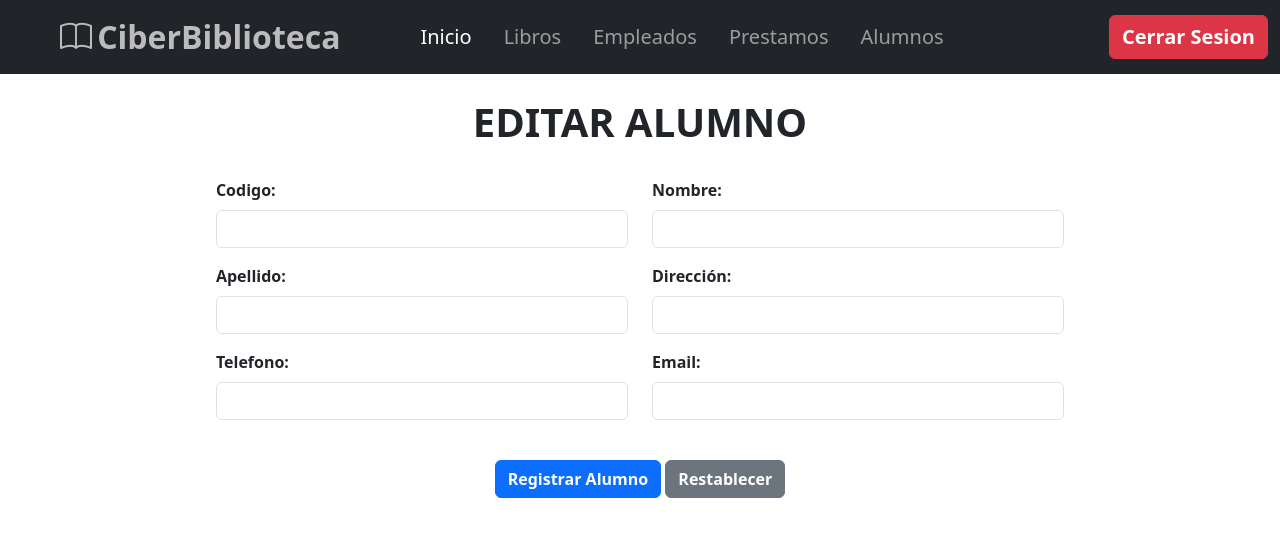
Repository: WilmerOcampo/LP1_Biblioteca
Page: http://localhost/Proyecto/editarAlumno.jsp
The author's editor kept a copy of each file at every save. The page is drawn from the files as they stood at one save, then again after the next save.
The browser window is 1280 px wide. The pictures show the whole page.
The page is served by Tomcat 10. Other server files are loaded and not shown.

Above is the page before, as saved 2023-05-31 17:38:29.

### Proyecto/src/main/webapp/editarAlumno.jsp
<%@ page language="java" contentType="text/html; charset=ISO-8859-1"
    pageEncoding="ISO-8859-1"%>
<!DOCTYPE html>
<html>
<head>
<meta charset="ISO-8859-1">
<title>Editar Alumno</title>
<link href="https://cdn.jsdelivr.net/npm/bootstrap@5.3.0-alpha3/dist/css/bootstrap.min.css" rel="stylesheet">
<link rel="stylesheet" href="https://cdn.jsdelivr.net/npm/bootstrap-icons@1.8.1/font/bootstrap-icons.css">
</head>
<body>
	<!-- Inicio del menu -->
      <nav class="navbar navbar-expand-md navbar-dark bg-dark">
        <div class="container-fluid">

        <!-- icono o nombre -->
        <a class="navbar-brand" href="#" style="padding-left: 3rem; padding-right: 3rem;">
            <i class="bi bi-book" style="font-size: 2rem; color:#bbb"></i>
            <span style="font-size: 2rem; color:#bbb"><b>CiberBiblioteca</b></span>
          </a>

        <!-- boton del menu -->
        <button class="navbar-toggler" type="button" data-bs-toggle="collapse" data-bs-target="#menu" aria-controls="navbarSupportedContent" aria-expanded="false" aria-label="Toggle navigation">
            <span class="navbar-toggler-icon"></span>
        </button>

          <!-- elementos del menu colapsable -->
        <div class="collapse navbar-collapse" id="menu">
            <ul class="navbar-nav me-auto" style="font-size: 20px">
                  <li class="nav-item" style="margin:0 0.5rem">
                    <a class="nav-link active" aria-current="page" href="index.jsp">Inicio</a>
                  </li>
                  <li class="nav-item" style="margin:0 0.5rem">
                    <a class="nav-link" href="listaLibros.jsp">Libros</a>
                  </li>
                  <li class="nav-item" style="margin:0 0.5rem">
                    <a class="nav-link" href="listaEmpleados.jsp">Empleados</a>
                  </li>
                  <li class="nav-item" style="margin:0 0.5rem">
                    <a class="nav-link" href="listaPrestamos.jsp">Prestamos</a>
                  </li>
                  <li class="nav-item" style="margin:0 0.5rem">
                    <a class="nav-link" href="listaAlumnos.jsp">Alumnos</a>
                  </li>
                 </ul>

          <hr class="d-md-none text-white-50">

         <!--boton Informacion -->
          <form class="d-flex" >
            <button class="btn btn-danger d-none d-md-inline-block " type="submit" style="font-size: 20px; font-weight:600"><a href="login.jsp" style="text-decoration: none; color: #fff">Cerrar Sesion</a></button>
          </form>
        </div>
        </div>
      </nav>

    <div class="container">
        <br>
        <h1 class="text-center" style="text-transform: uppercase;"><strong>Editar Alumno</strong></h1><br>
        <form style="margin: 0 12%">
            <div class="row mb-3">
                <div class="col-md-6">
                    <label for="codigo" class="form-label"><b>Codigo:</b></label>
                    <input type="text" class="form-control" id="codigo" name="codigo">
                </div>
                <div class="col-md-6">
                    <label for="nombre" class="form-label"><b>Nombre:</b></label>
                    <input type="text" class="form-control" id="nombre" name="nombre">
                </div>
            </div>
            <div class="row mb-3">
                <div class="col-md-6">
                    <label for="apellido" class="form-label"><b>Apellido:</b></label>
                    <input type="text" class="form-control" id="apellido" name="apellido">
                </div>
                <div class="col-md-6">
                    <label for="direccion" class="form-label"><b>Dirección:</b></label>
                    <input type="email" class="form-control" id="direccion" name="direccion">
                </div>
            </div>
            <div class="row mb-3">
                <div class="col-md-6">
                    <label for="telefono" class="form-label"><b>Telefono:</b></label>
                    <input type="text" class="form-control" id="telefono" name="telefono">
                </div>
                <div class="col-md-6">
                    <label for="email" class="form-label"><b>Email:</b></label>
                    <input type="text" class="form-control" id="email" name="email">
                </div>
            </div>
            <div class="row">
                <div class="col-md-12 text-center">
                    <br><input type="submit" name="Registrar" id="registrar" value="Registrar Alumno" class="btn btn-primary" style="font-weight: 600">
                    <input type="reset" name="borrar" id="borrar" value="Restablecer" class="btn btn-secondary" style="font-weight: 600">
                </div>
            </div>
        </form>
    </div>

<script src="https://cdn.jsdelivr.net/npm/bootstrap@5.3.0-alpha3/dist/js/bootstrap.bundle.min.js"
        integrity="sha384-ENjdO4Dr2bkBIFxQpeoTz1HIcje39Wm4jDKdf19U8gI4ddQ3GYNS7NTKfAdVQSZe"
        crossorigin="anonymous"></script>
</body>
</html>

After the next save:
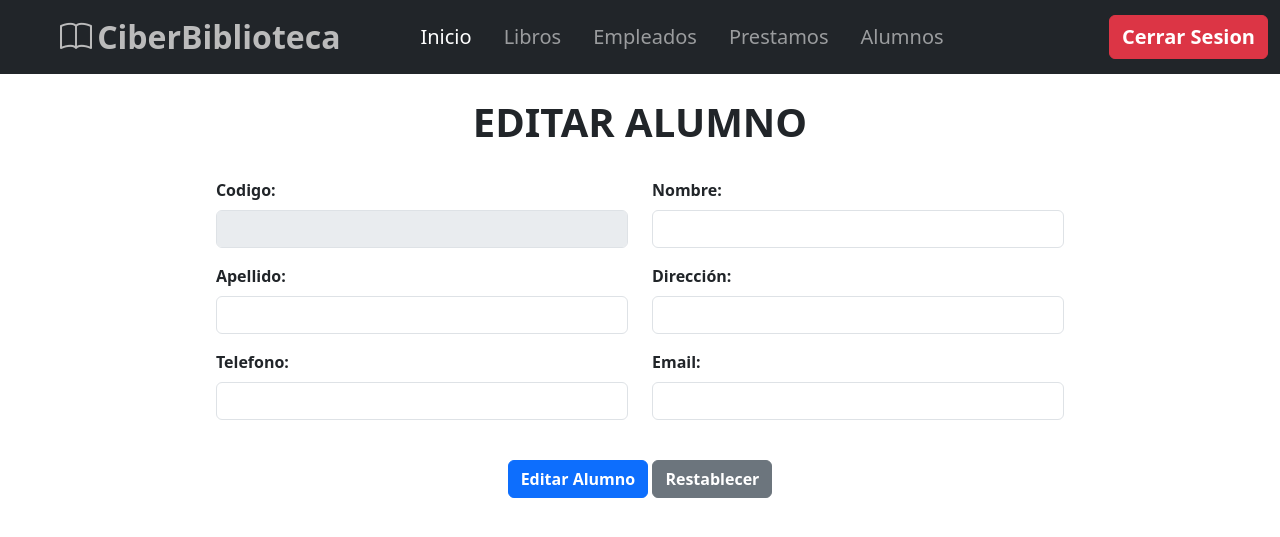
Saved 14 s later.
--- a/Proyecto/src/main/webapp/editarAlumno.jsp
+++ b/Proyecto/src/main/webapp/editarAlumno.jsp
@@ -61,7 +61,7 @@
             <div class="row mb-3">
                 <div class="col-md-6">
                     <label for="codigo" class="form-label"><b>Codigo:</b></label>
-                    <input type="text" class="form-control" id="codigo" name="codigo">
+                    <input type="text" class="form-control" id="codigo" name="codigo" disabled>
                 </div>
                 <div class="col-md-6">
                     <label for="nombre" class="form-label"><b>Nombre:</b></label>
@@ -90,7 +90,7 @@
             </div>
             <div class="row">
                 <div class="col-md-12 text-center">
-                    <br><input type="submit" name="Registrar" id="registrar" value="Registrar Alumno" class="btn btn-primary" style="font-weight: 600">
+                    <br><input type="submit" name="Registrar" id="registrar" value="Editar Alumno" class="btn btn-primary" style="font-weight: 600">
                     <input type="reset" name="borrar" id="borrar" value="Restablecer" class="btn btn-secondary" style="font-weight: 600">
                 </div>
             </div>
